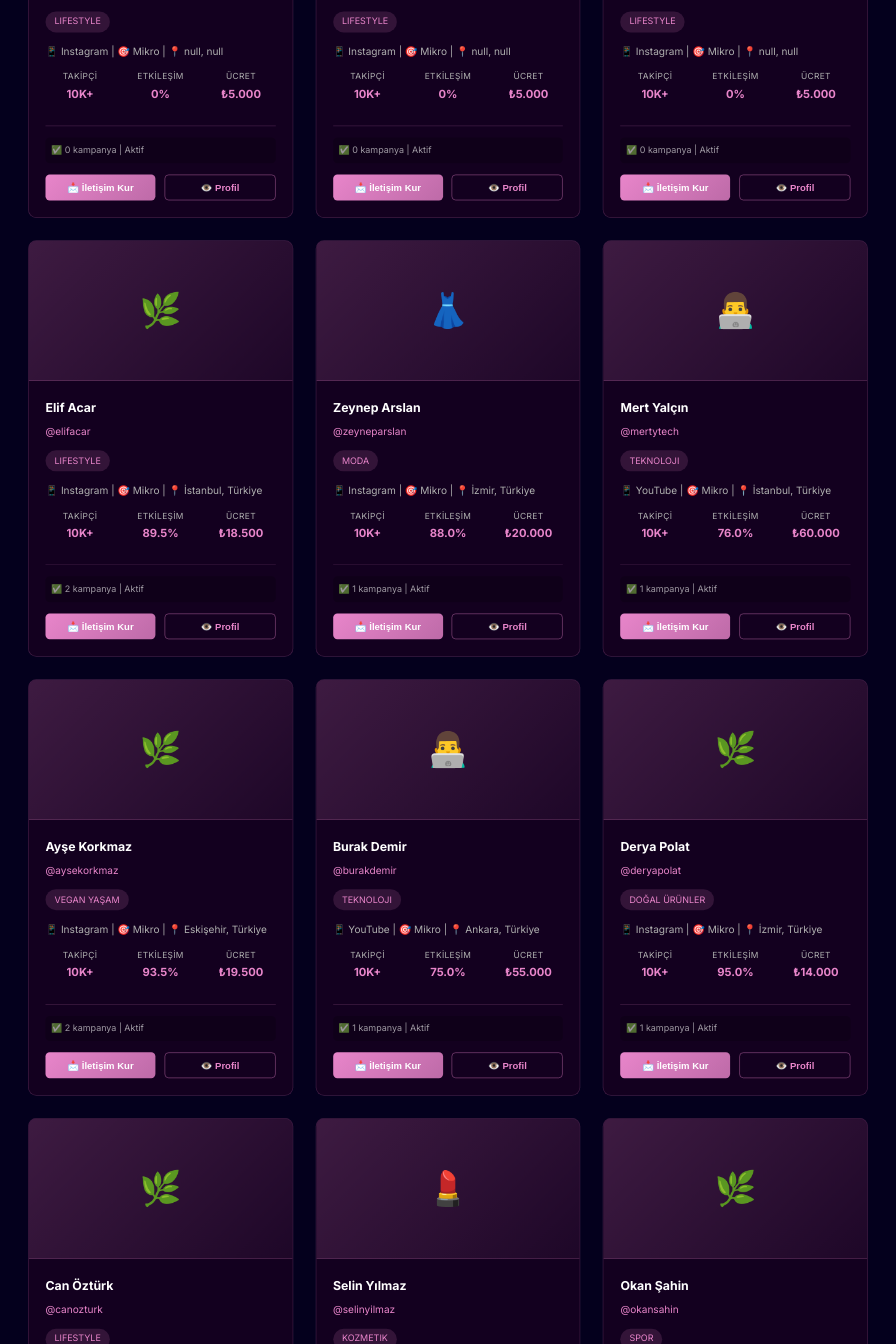
Repository: Selennguveen/metverse_website
Page: kesfetForMarka.html
An editor plug-in stored every save of this project. The page is shown before and after the next save, followed by the edit.
The browser window is 1280 px wide. The pictures show the part of the page from y = 795 to 2715 px (the page is 5610 px tall before and 5602 px after), at 70% of full size.

Above is the page before, as saved 2025-12-21 00:33:39.

After the next save:
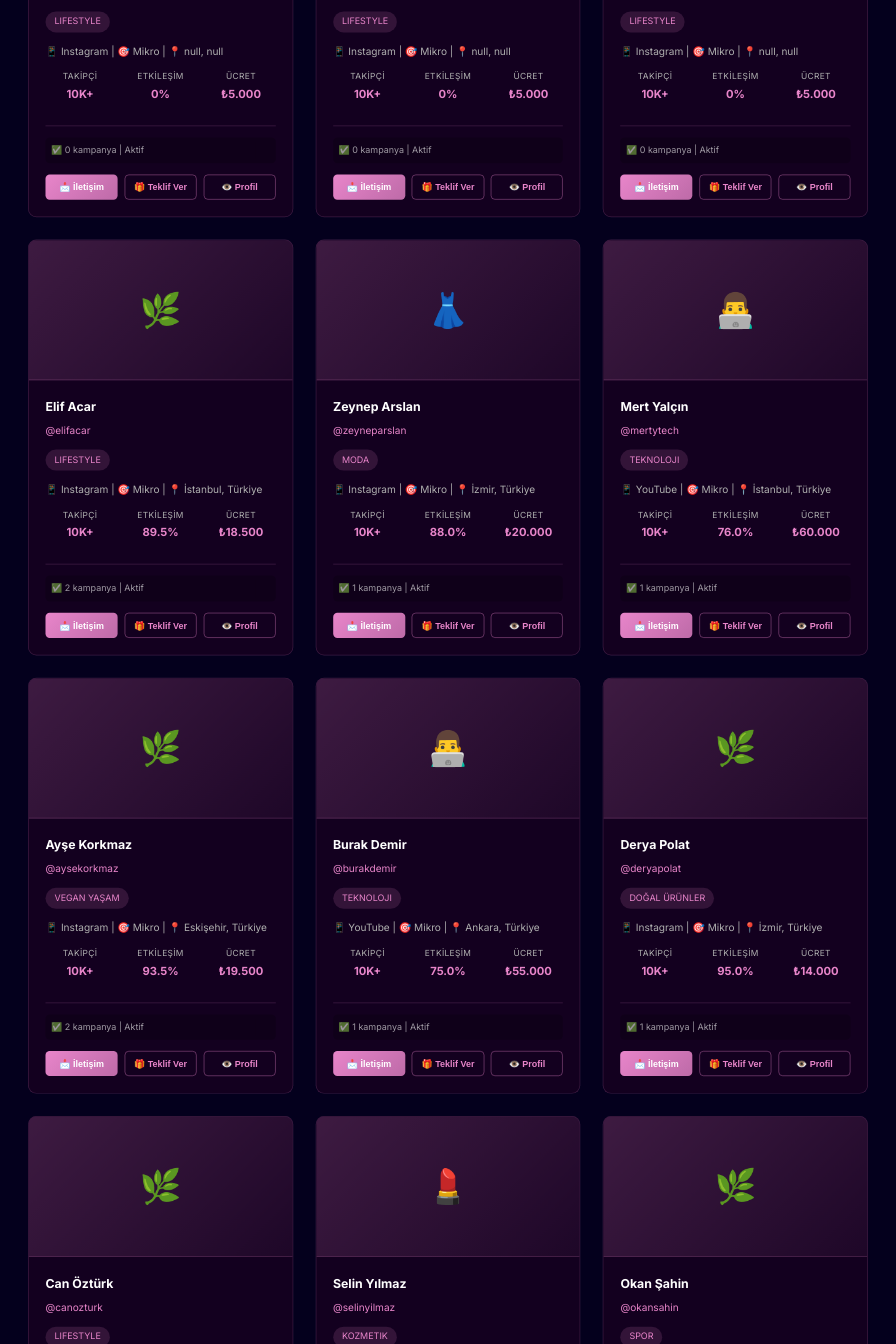
Saved 15 min 15 s later.
--- a/kesfetForMarka.html
+++ b/kesfetForMarka.html
@@ -181,19 +181,19 @@
         }
 
         .kesfet-card-footer {
-            display: flex;
-            gap: 0.8rem;
+            display: grid;
+            grid-template-columns: 1fr 1fr 1fr;
+            gap: 0.6rem;
         }
 
         .kesfet-card-btn {
-            flex: 1;
-            padding: 0.6rem 1rem;
+            padding: 0.6rem 0.8rem;
             background: linear-gradient(135deg, rgb(232, 133, 202), rgba(232, 133, 202, 0.8));
             border: none;
             border-radius: 6px;
             color: #fffffffe;
             cursor: pointer;
-            font-size: 0.85rem;
+            font-size: 0.8rem;
             font-weight: 600;
             transition: all 0.2s ease;
         }
@@ -204,14 +204,13 @@
         }
 
         .kesfet-card-btn-secondary {
-            flex: 1;
-            padding: 0.6rem 1rem;
+            padding: 0.6rem 0.8rem;
             background: transparent;
             border: 1px solid rgba(232, 133, 202, 0.5);
             border-radius: 6px;
             color: rgb(232, 133, 202);
             cursor: pointer;
-            font-size: 0.85rem;
+            font-size: 0.8rem;
             font-weight: 600;
             transition: all 0.2s ease;
         }
@@ -474,7 +473,8 @@
                         </div>
 
                         <div class="kesfet-card-footer">
-                            <button class="kesfet-card-btn" onclick="contactInfluencer(${influencer.id})">📩 İletişim Kur</button>
+                            <button class="kesfet-card-btn" onclick="contactInfluencer(${influencer.id})">📩 İletişim</button>
+                            <button class="kesfet-card-btn-secondary" onclick="makeOffer(${influencer.id})">🎁 Teklif Ver</button>
                             <button class="kesfet-card-btn-secondary" onclick="viewProfile(${influencer.id})">👁️ Profil</button>
                         </div>
                     </div>
@@ -499,6 +499,13 @@
             console.log('📩 İnfluencer ile iletişim:', influencer.name);
             alert(`✅ ${influencer.name} ile iletişim sayfasına yönlendiriliyorsunuz...`);
             // Mesajlaşma sayfasına yönlendir
+        }
+
+        function makeOffer(influencerId) {
+            const influencer = influencers.find(i => i.id === influencerId);
+            console.log('🎁 Teklif gönder:', influencer.name);
+            alert(`✅ ${influencer.name} için teklif hazırlama sayfasına yönlendiriliyorsunuz...`);
+            // Teklif hazırlama sayfasına yönlendir
         }
 
         function viewProfile(influencerId) {
